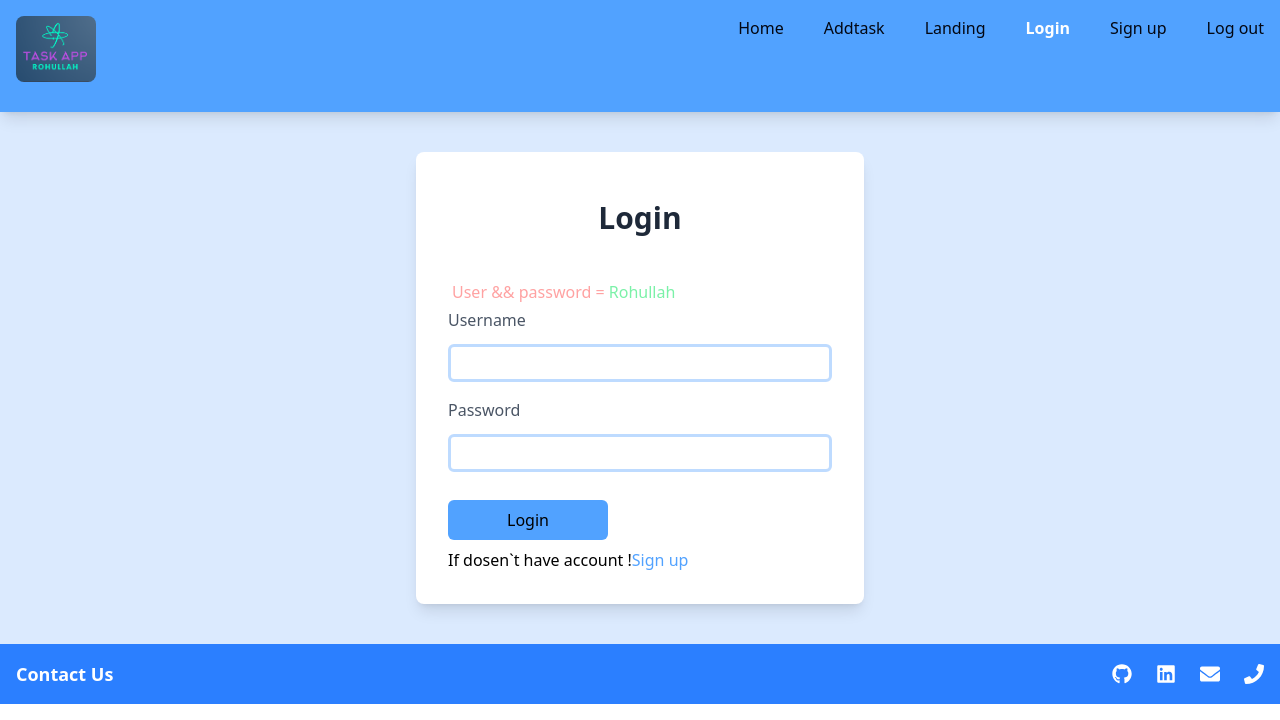
Repository: Rohullah-Noori/TaskApp
Page: /
An editor plug-in stored every save of this project. The page is shown before and after the next save, followed by the edit.
The browser window is 1280 px wide. The pictures show the whole page.
The project was rebuilt for these pictures with package versions that can differ from the ones it lists, and the page was loaded fresh each time. Also part of the build but not shown: vite.config.js, src/components/Loader.jsx, src/pages/Landing.jsx, src/pages/Home.jsx, src/pages/Signup.jsx, src/pages/Addtask.jsx, src/pages/Edittask.jsx, src/pages/Errorpage.jsx and 1 more.

Above is the page before, as saved 2025-06-23 09:27:23.

After the next save:
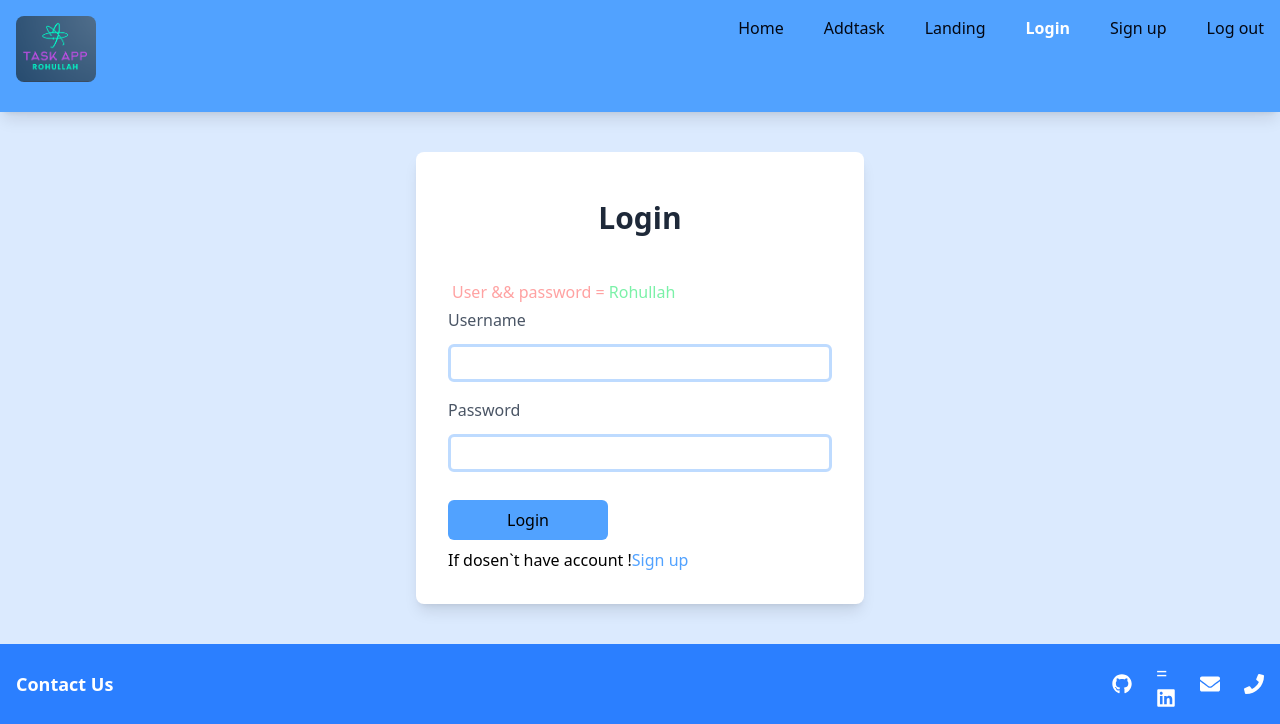
Saved 7 s later.
--- a/src/components/Footer.jsx
+++ b/src/components/Footer.jsx
@@ -21,9 +21,8 @@ function Footer() {
             rel="noopener noreferrer"
             className="hover:text-gray-300 transition"
           >
-            <a href="#">
-              <FaLinkedin />
-            </a>
+            =
+            <FaLinkedin />
           </a>
           <a
             href="mailto:rohullah313noori313@gmail.com"
